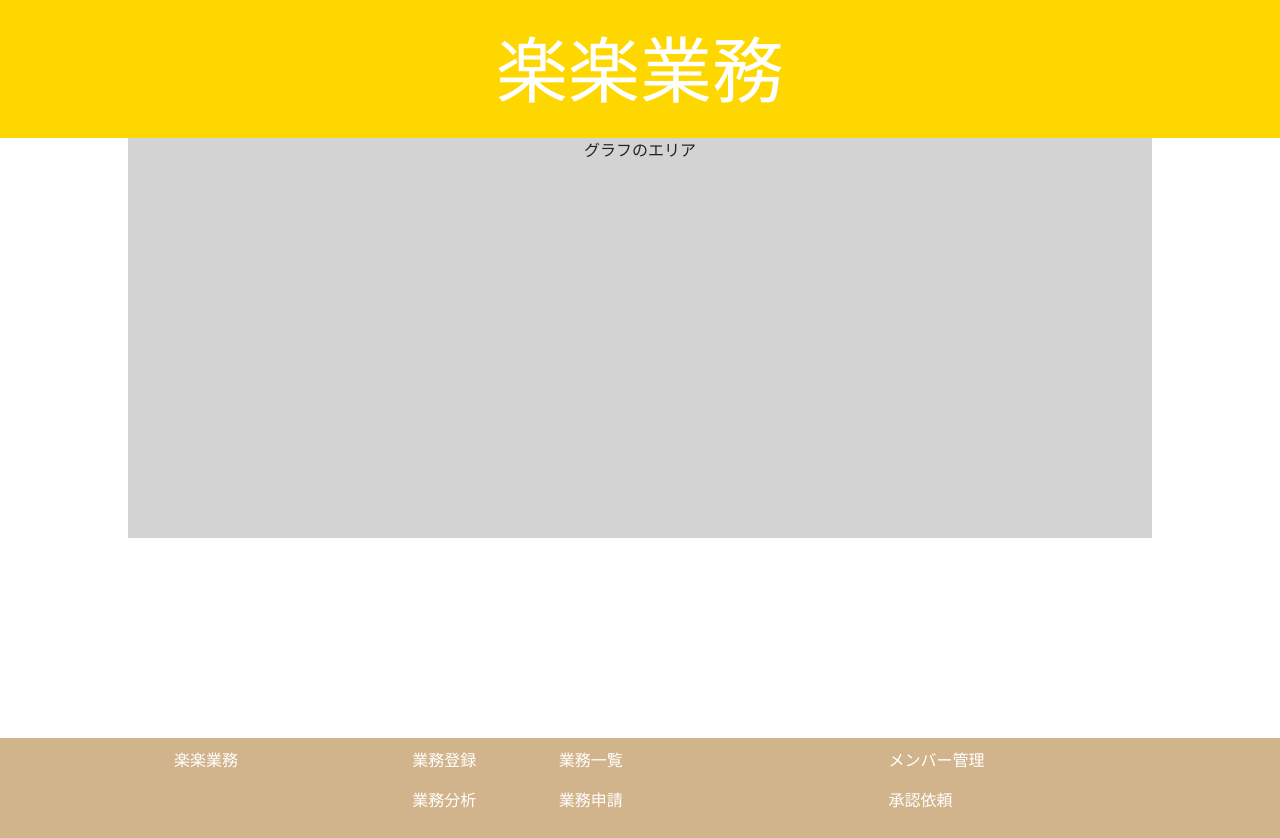
Repository: Reiya-1003/VueReplaceTask
Page: /#/graph
These files come from the project's save history. The page is drawn as it stood at one moment and after the next save; the edit follows.
The browser window is 1280 px wide. The pictures show the whole page.
The project was rebuilt for these pictures with package versions that can differ from the ones it lists, and the page was loaded fresh each time. Also part of the build but not shown: vue.config.js, src/components/pages/PageHome.vue, src/components/pages/PageRegister.vue, src/components/pages/PageEdit.vue.

Above is the page before, as saved 2022-06-17 09:29:27.

### public/index.html
<!DOCTYPE html>
<html lang="">
  <head>
    <meta charset="utf-8">
    <meta http-equiv="X-UA-Compatible" content="IE=edge">
    <meta name="viewport" content="width=device-width,initial-scale=1.0">
    <link rel="icon" href="<%= BASE_URL %>favicon.ico">
    <link rel="stylesheet" href="style.css">
    <title><%= htmlWebpackPlugin.options.title %></title>
  </head>
  <body>
    <noscript>
      <strong>We're sorry but <%= htmlWebpackPlugin.options.title %> doesn't work properly without JavaScript enabled. Please enable it to continue.</strong>
    </noscript>
    <div id="app"></div>
    <!-- built files will be auto injected -->
  </body>
</html>

### src/main.js
import Vue from 'vue'
import App from './App.vue'
import router from './roter'
import { BootstrapVue, IconsPlugin } from 'bootstrap-vue'
import 'bootstrap/dist/css/bootstrap.css'
import 'bootstrap-vue/dist/bootstrap-vue.css'

Vue.config.productionTip = false

Vue.use(BootstrapVue)
Vue.use(IconsPlugin)




new Vue({
  router,
  render: h => h(App),
}).$mount('#app')

### src/App.vue
<template>
  <div>
      <PageHeader />

        <!-- <PageHome /> -->
        <router-view />

      <PageFooter />
  </div>
</template>

<script>
import PageHeader from "./components/modules/PageHeader";
import PageFooter from "./components/modules/PageFooter";


export default {
  name: 'App',
  components: {
    PageHeader,
    PageFooter,


  },

}
</script>

<style>

</style>

### src/roter.js
import Vue from 'vue'
import VueRouter from 'vue-router'
import Home from '@/components/pages/PageHome.vue'
import Register from '@/components/pages/PageRegister.vue'
import Edit from '@/components/pages/PageEdit.vue'
import Graph from '@/components/pages/PageGraph.vue'




Vue.use(VueRouter)

export default new VueRouter({
  // デフォルトの挙動では URL に `#` が含まれる.
  // URL から hash を取り除くには `mode:history` を指定する
  // mode: 'history',
  base: __dirname,

  routes: [
    {
      path: '/',
      name: 'home',
      component: Home
    },
    {
      path: '/register',
      name: 'register',
      component: Register
    },
    {
      path: '/edit',
      name: 'edit',
      component: Edit
    },
    {
      path: '/graph',
      name: 'graph',
      component: Graph
    },



  ]

})

### src/components/modules/PageHeader.vue
<template>
  <header id="headerblock">

    <h1 id="title" ><router-link to="/" >楽楽業務</router-link></h1>


  </header>
</template>

<script>
export default {
  name: 'PageHeader',

}
</script>


<style lang="scss" type="text/css">
  #headerblock{
    height: 10%;
    width: 100%;
    background-color: #ffd700;
    h1{
      margin: 0;
      text-align: center;
      padding: 2%;
      color: white;
      font-size: 10vh;
      font-weight: normal;
      a{
      cursor: pointer;
      color: inherit;
      text-decoration: none;
    }
    }


  }
</style>

### src/components/modules/PageFooter.vue
<template>
  <div id="footblock">

    <div class="flexitem1">
      <p><router-link to="/" >楽楽業務</router-link></p>
    </div>
    <div class="flexitem2">
      <div>
        <!-- roter-linkになると思う -->
        <p><router-link to="/register">業務登録</router-link></p>
        <p><router-link to="/graph">業務分析</router-link></p>
      </div>
      <div class="item">
        <p>業務一覧</p>
        <p>業務申請</p>
      </div>
    </div>
    <div class="flexitem3">
      <p>メンバー管理</p>
      <p>承認依頼</p>
    </div>


  </div>
</template>

<script>
export default {
  name: 'PageFooter',

}
</script>


<style lang="scss" type="text/css">
  #footblock{
    background-color: #d2b48c;
    color: white;
    display: flex;
    justify-content: space-around;

    .flexitem1{
      width: 100%;
      text-align: center;
      padding-top: 10px;
      padding-bottom: 10px;
      a{
      cursor: pointer;
      color: inherit;
      text-decoration: none;
      }
    }
    .flexitem2{
      width: 100%;
      display: flex;
      padding-top: 10px;
      padding-bottom: 10px;
      justify-content: flex-start;
      a{
      cursor: pointer;
      color: inherit;
      text-decoration: none;
      }
      .item{
        padding-left: 20%;
      }
    }
    .flexitem3{
      padding-top: 10px;
      padding-bottom: 10px;
      padding-left: 5%;
      width: 100%;
      a{
      cursor: pointer;
      color: inherit;
      text-decoration: none;
      }
    }
  }
</style>

### src/components/pages/PageGraph.vue
<template>
  <div style="height: 600px; text-align:-webkit-center;">

    <!-- グラフのエリア -->
    <div class="grapharea">グラフのエリア</div>


  </div>
</template>

<script>
export default {
  name: "PageGraph",
  data(){
    return{
      Urgencypicked:"",
      picked:""
    }
  }
};
</script>

<style lang="scss" type="text/css">
div{
.grapharea{
  background-color: lightgray;
  width: 80%;
  height: 400px;

}
}


</style>

### public/style.css
body{
  margin: 0;
  font-size: 1vmax;
}

After the next save:
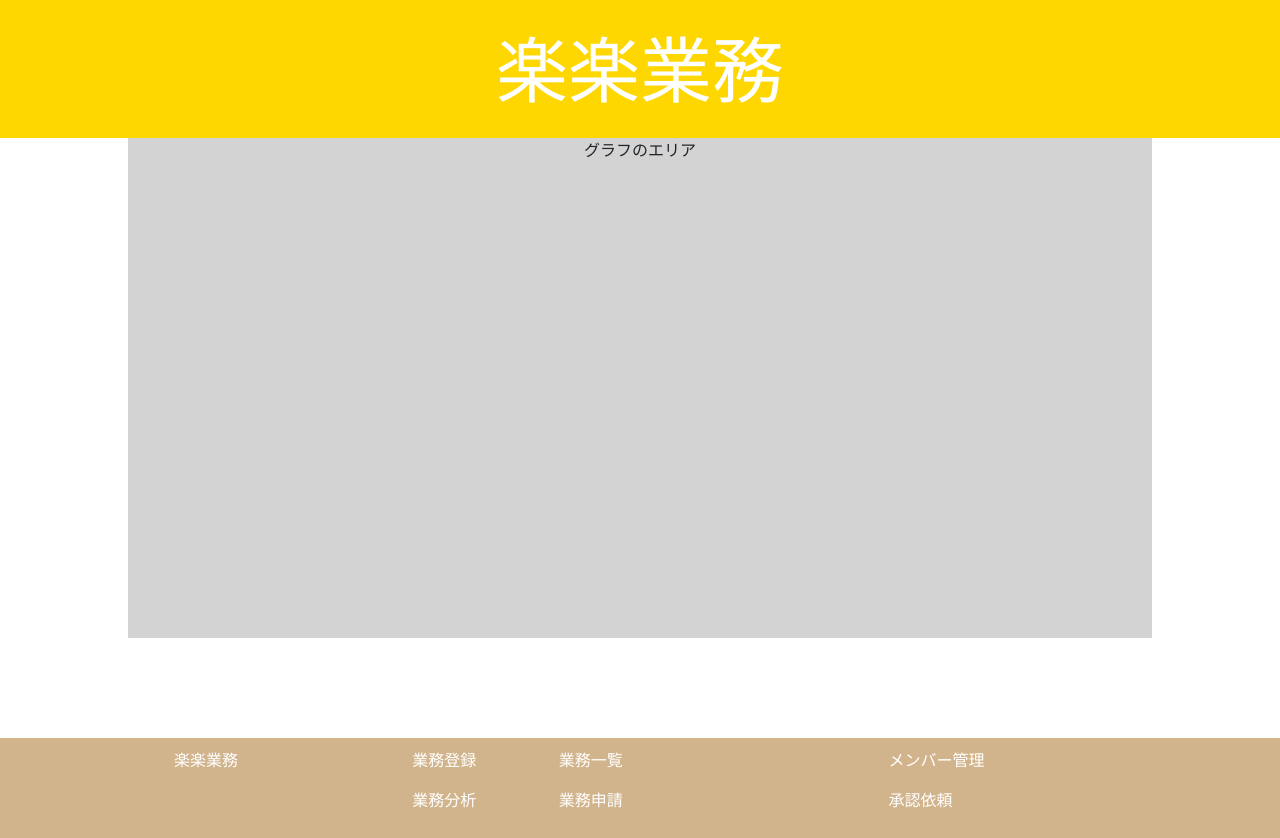
Saved 11 s later.
--- a/src/components/pages/PageGraph.vue
+++ b/src/components/pages/PageGraph.vue
@@ -25,7 +25,7 @@ div{
 .grapharea{
   background-color: lightgray;
   width: 80%;
-  height: 400px;
+  height: 500px;
 
 }
 }
